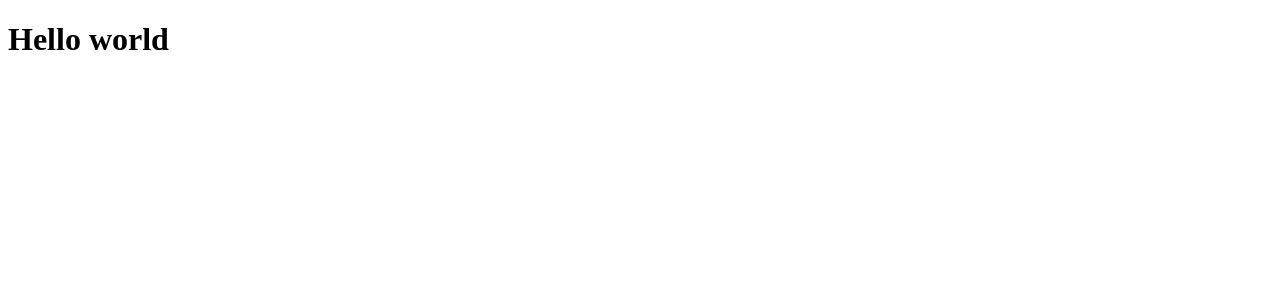
Repository: Ir30/Springboot-advanced
Page: Nest_javaTrainingAssignment9/src/main/webapp/index.html
An editor plug-in stored every save of this project. The page is shown before and after the next save, followed by the edit.
The browser window is 1280 px wide. The pictures show the whole page.

Above is the page before, as saved 2023-03-02 01:35:53.

After the next save:
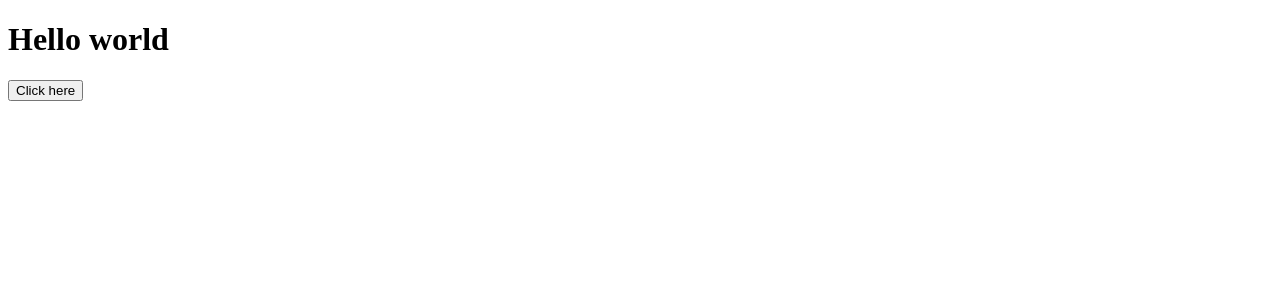
Saved 3 s later.
--- a/Nest_javaTrainingAssignment9/src/main/webapp/index.html
+++ b/Nest_javaTrainingAssignment9/src/main/webapp/index.html
@@ -6,5 +6,8 @@
 </head>
 <body>
 	<h1>Hello world</h1>
+	<form action="welcome">
+		<button>Click here</button>
+	</form>
 </body>
 </html>
